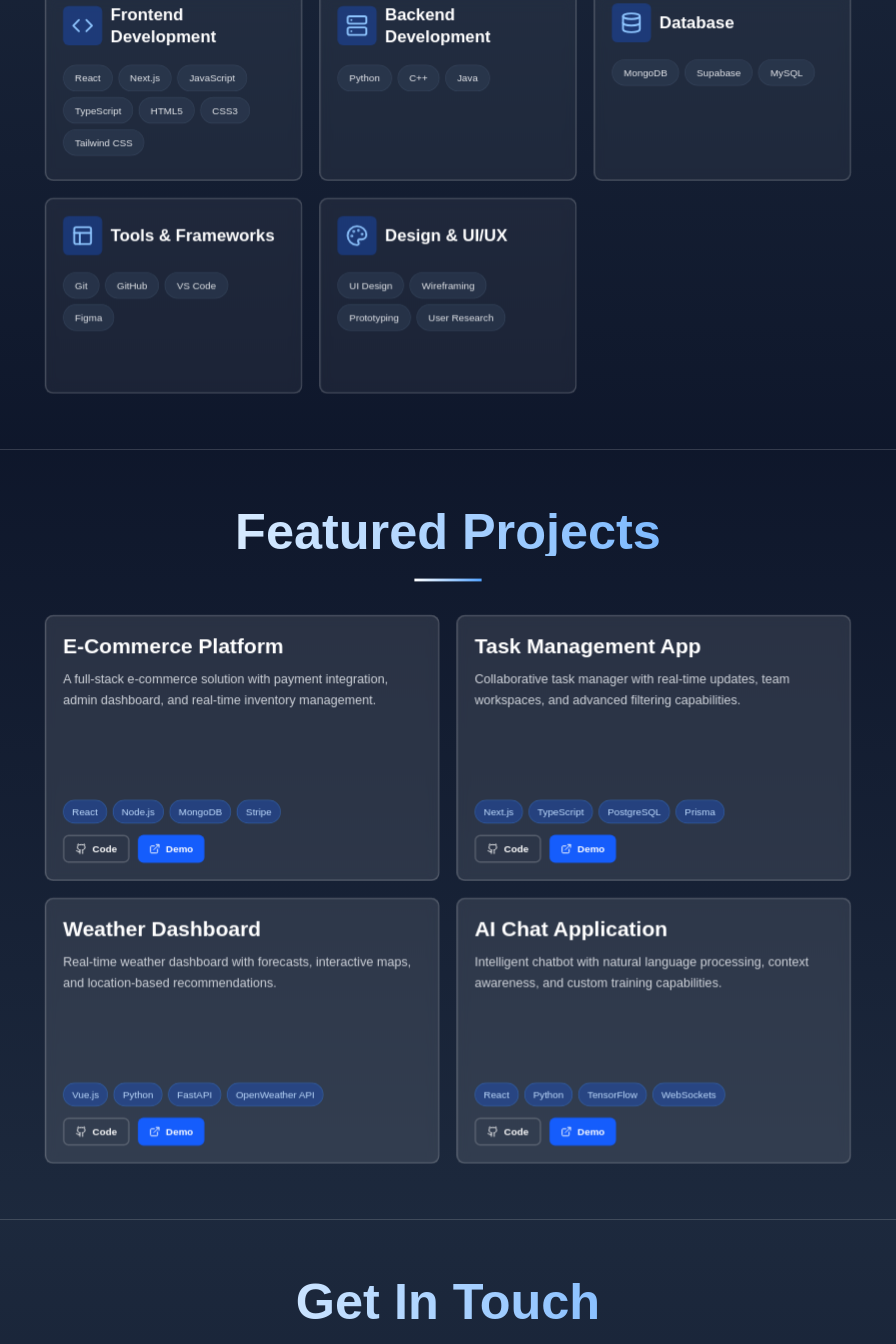
Repository: harshikabodekar/portfolio_awp
Page: /
The author's editor kept a copy of each file at every save. The page is drawn from the files as they stood at one save, then again after the next save.
The browser window is 1280 px wide. The pictures show the part of the page from y = 2091 to 4011 px (the page is 4940 px tall), at 70% of full size.
The project was rebuilt for these pictures with package versions that can differ from the ones it lists, and the page was loaded fresh each time. The framework's server and built-in components were replaced by stand-ins that run in the browser. Also part of the build but not shown: next.config.mjs.

Above is the page before, as saved 2025-10-15 21:40:24.

After the next save:
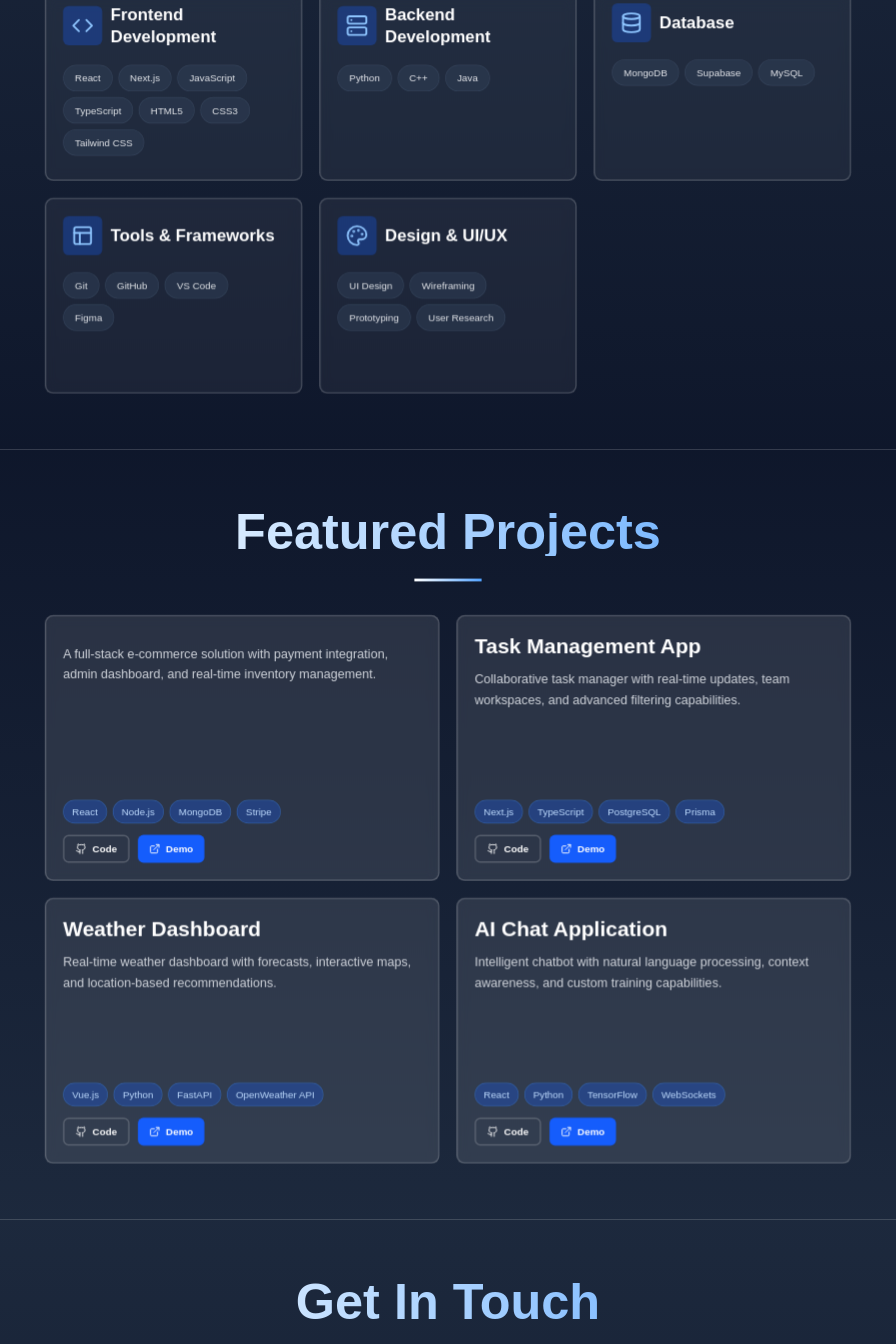
Saved 71 s later.
--- a/src/app/components/Project.js
+++ b/src/app/components/Project.js
@@ -5,7 +5,7 @@ import { projectsData } from '../data/projects';
 const Projects = () => {
   const projects = [
     {
-      title: "E-Commerce Platform",
+      title: "",
       description: "A full-stack e-commerce solution with payment integration, admin dashboard, and real-time inventory management.",
       tech: ["React", "Node.js", "MongoDB", "Stripe"],
 
